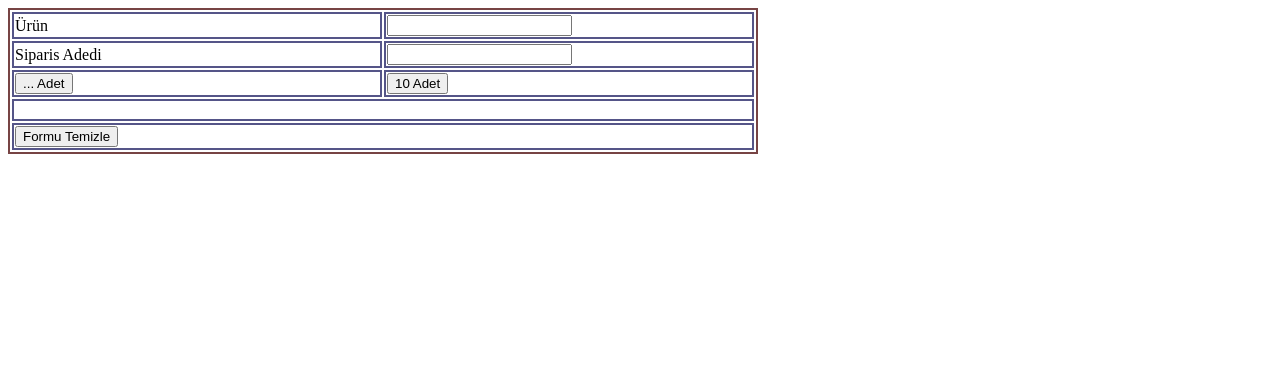
Repository: emrebolukbas/.js-Training-Tobeto
Page: 3-Siparis/public/Siparis.html
These files come from the project's save history. The page is drawn as it stood at one moment and after the next save; the edit follows.
The browser window is 1280 px wide. The pictures show the whole page.

Above is the page before, as saved 2023-10-08 12:30:56.

After the next save:
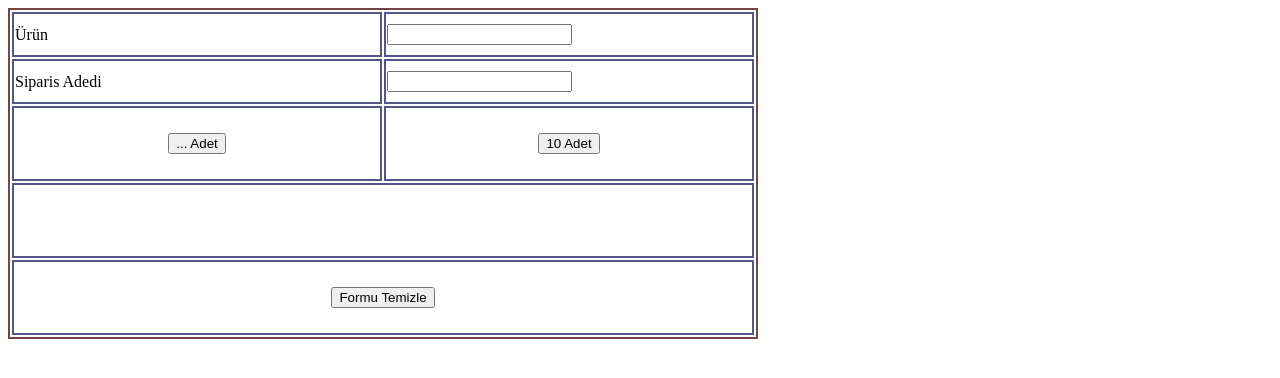
Saved 63 s later.
--- a/3-Siparis/public/Siparis.css
+++ b/3-Siparis/public/Siparis.css
@@ -1,18 +1,18 @@
 @charset "UTF-8";
 
-table {
+table.table-1 {
 	table-layout: fixed;
 	width: 750px;
 	border: solid 2px #744;
 }
 
-tr .tr-1 {
+tr.tr-1 {
 	height: 45px;
 }
 
 /* Çizelgenin ikinci tür satırları için Css stilli */
 
-tr .tr-2 {
+tr.tr-2 {
 	text-align: center;
 	height: 75px;
 }
